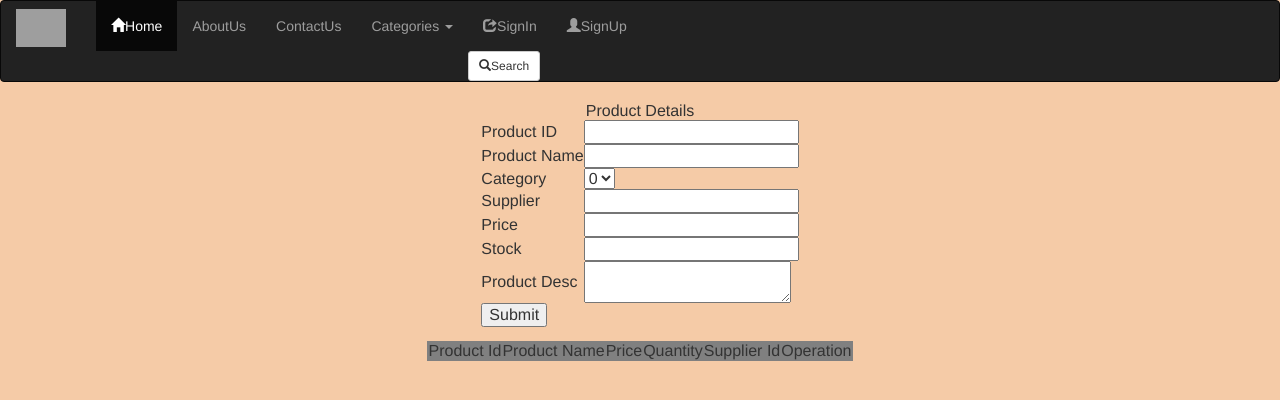
Repository: ananthi024/Java-Programs
Page: http://localhost/ClassyMissyFrontend/WEB-INF/views/Product.jsp
These files come from the project's save history. The page is drawn as it stood at one moment and after the next save; the edit follows.
The browser window is 1280 px wide. The pictures show the whole page.
Pictures or frames that could not be fetched are drawn as grey boxes. Some web libraries are served in a nearby version. The page is served by Tomcat 9. Nobody is signed in. Other server files are loaded and not shown. The template is opened directly, without the code that normally fills it, so the values that code supplies are empty.

Above is the page before, as saved 2017-06-25 22:52:54.
Console error (its wording comes from the project's code and is left out).

### MyProject-29.06.2017/ClassyMissyFrontend/src/main/webapp/WEB-INF/views/Product.jsp
<%@ page language="java" contentType="text/html"%>
 <%@ taglib uri="http://java.sun.com/jsp/jstl/core" prefix="c" %>
<%@ taglib prefix="form" uri="http://www.springframework.org/tags/form"%>
<%@include file="Header.jsp" %>

<form:form action="InsertProduct" modelAttribute="product">
<table align="center">


	<tr>
		<td colspan="2"><center>Product Details</center></td>
	</tr>
	<tr>
		<td>Product ID</td>
		<td><form:input path="prodid"/></td>
	</tr>
	<tr>
		<td>Product Name</td>
		<td><form:input path="prodname" /></td>
	</tr>
	<tr>
		<td>Category</td>
		<td><form:select path="catid">
		<form:option value="0" lable="----------Select----------"/>
		<form:options items="${catlist}" />
		</form:select>
		</td>
	</tr>
	<tr>
		<td>Supplier</td>
	<td><form:input path="supid"/></td>
	</tr>
	<tr>
	<td>Price</td>
	<td><form:input path="price"/></td>
	</tr>
	<tr>
	<td>Stock</td>
	<td><form:input path="quantity"/></td>
	</tr>
	<tr>
	<td>Product Desc</td>
	<td><form:textarea path="proddesc"/></td>
	</tr>
	<tr>
	<td><input type="submit" /></td>
	</tr>


	</table>
</form:form>

<!-- Displaying the Category data using Table -->
<table cellspacing="2" align="center" border="1">
<tr bgcolor="gray">
<td>Product Id</td>
<td>Product Name</td>
<td>Price</td>
<td>Quantity</td>

<td>Supplier Id</td>
<td>Operation</td>
</tr>
<c:forEach items="${prodlist}" var="product">
<tr bgcolor="pink">
<td>${product.prodid}</td>
<td>${product.prodname}</td>
<td>${product.price}</td>

<td>
<a href="<c:url value="deleteCategory/${category.catid }"/>">Delete</a>
<a href="<c:url value="updateCategory/${category.catid }"/>">Update</a>
</td>
</tr>
</c:forEach>
</table>
<!--Completed Displaying Table--->

</body>
</html>


</body>
</html>

### MyProject-29.06.2017/ClassyMissyFrontend/src/main/webapp/WEB-INF/views/Header.jsp
<%@ page language="java" contentType="text/html"%>

<html>
<head>
<title>Navbar Example</title>
<meta name="viewport" content="width=device-width,initial-scale=1">
<link rel="stylesheet" href="https://maxcdn.bootstrapcdn.com/bootstrap/3.3.7/css/bootstrap.min.css">
<script src="https://maxcdn.bootstrapcdn.com/bootstrap/3.3.7/js/bootstrap.min.js"></script>
<script src="https://ajax.googleapis.com/ajax/libs/jquery/3.1.1/jquery.min.js"></script>
</head>
<body style="background-color:#f5cba7">
<form action="gh">
<!-- Starting The Navbar Code -->
<nav class="navbar navbar-inverse">
<div class="container-fluid">

<div class="navbar-header">
<a class="navbar-brand" rel="home" href="#" title="The Exprssion of Pearl">
                <img style="max-width:50px; margin-top: -7px;"
                     src="E:\New folder\cma2.jpg">
            </a>
<a class="navbar-brand" href="Home.jsp"></a>
</div>


<ul class="nav navbar-nav">
<li class="active"><a href="Home.jsp"><span class="glyphicon glyphicon-home"></span>Home</a></li>
<li><a href="AboutUs">AboutUs</a></li>
<li><a href="ContactUs.jsp">ContactUs</a></li>
 <li class="dropdown"><a href="#" class="dropdown-toggle"
 data-toggle="dropdown" role="button" aria-haspopup="true"
 aria-expanded="false">Categories <span class="caret"></span></a>
          <ul class="dropdown-menu">
            <li><a href="#">Page 1</a></li>
            <li><a href="#">Page 2</a></li>
            <li><a href="#">Page 3</a></li>
          </ul></li>
<div class="nav navbar-nav navbar-right">
<li><a href="SignIn.jsp"><span class="glyphicon glyphicon-share"></span>SignIn </a></li>
<li><a href="Register.jsp"><span class="glyphicon glyphicon-user"></span>SignUp </a></li>

<!-- Search Button -->
 <p>
        <li><button type="button" class="btn btn-default btn-sm">
          <span class="glyphicon glyphicon-search"></span>Search
        </button></li>
      </p>
</div>
</ul>
</div>
</nav>
</form>
</body>
</html>

After the next save:
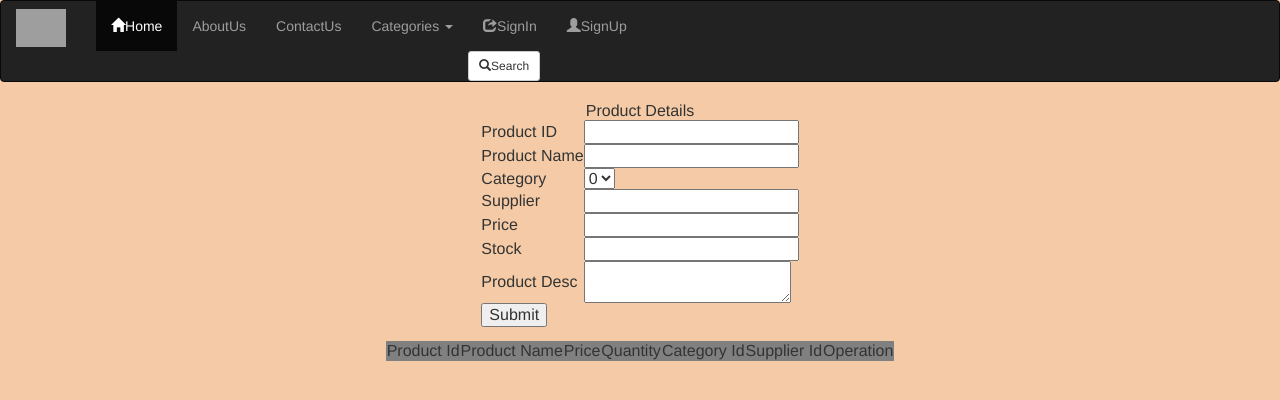
Saved 21 s later.
--- a/MyProject-29.06.2017/ClassyMissyFrontend/src/main/webapp/WEB-INF/views/Product.jsp
+++ b/MyProject-29.06.2017/ClassyMissyFrontend/src/main/webapp/WEB-INF/views/Product.jsp
@@ -57,7 +57,7 @@
 <td>Product Name</td>
 <td>Price</td>
 <td>Quantity</td>
-
+<td>Category Id</td>
 <td>Supplier Id</td>
 <td>Operation</td>
 </tr>
